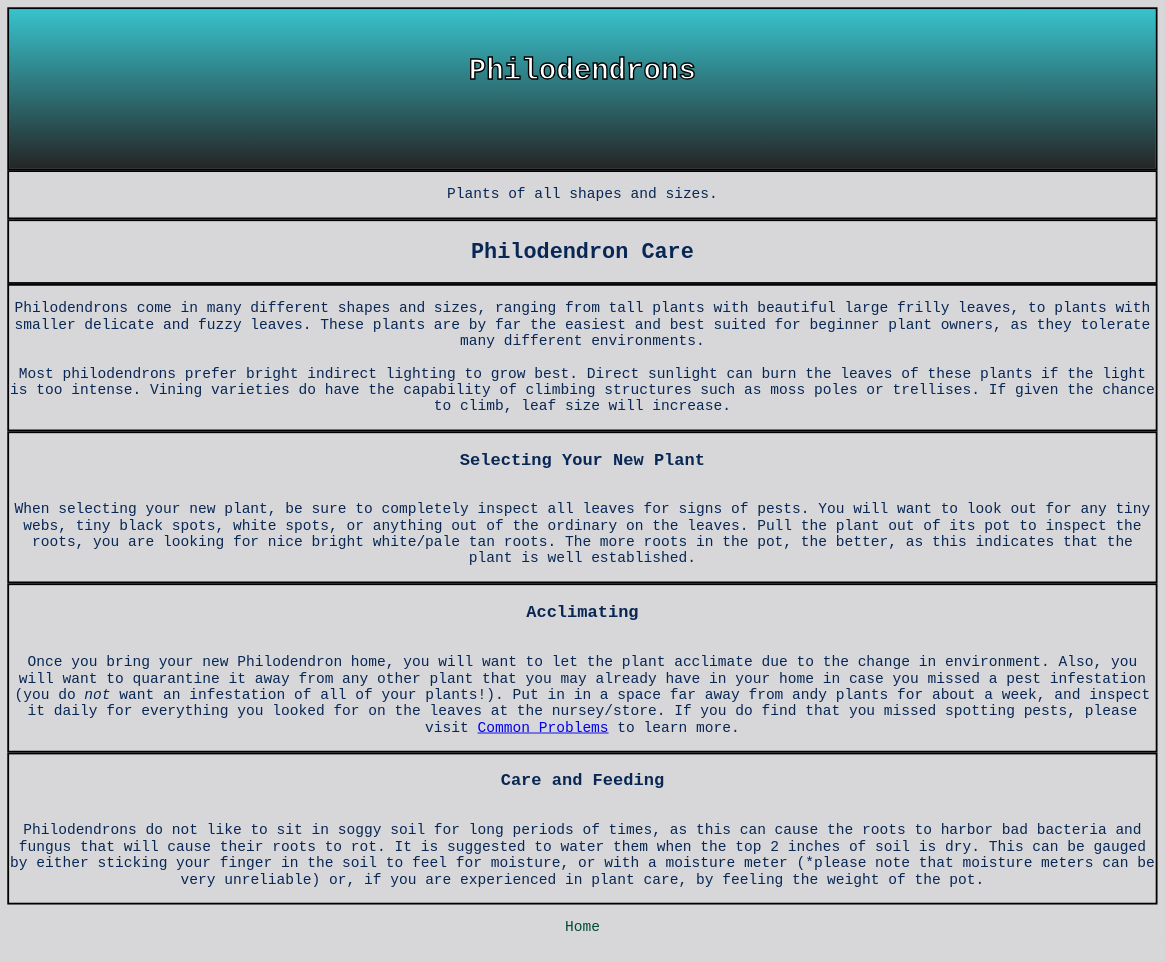
Repository: swillis91/odin-recipies
Page: Planty Page/philodendrons.html
The author's editor kept a copy of each file at every save. The page is drawn from the files as they stood at one save, then again after the next save.
The browser window is 1280 px wide. The pictures show the whole page, at 91% of full size.

Above is the page before, as saved 2023-08-14 23:52:32.

### Planty Page/philodendrons.html
<!DOCTYPE html>
    <html>
        <head>
            <title>Calatheas</title>
            <link href="style.css" rel="stylesheet"
        </head>
        <body>
            <div class="Header">
            <h1 class="heading">Philodendrons</h1>
            </div>
            <div class="box">
              <p>Plants of all shapes and sizes.</p>
            </div>
            <div class="box">
            <h2 class="species">Philodendron Care</h2>
            </div>
            <div class="box">
                <p class="care">Philodendrons come in many different shapes and sizes, ranging from tall plants with beautiful large frilly leaves, to plants with smaller delicate and fuzzy leaves. These plants are by far the easiest and best suited for beginner plant owners, as they tolerate many different environments.
                <br>
                <br>
                Most philodendrons prefer bright indirect lighting to grow best. Direct sunlight can burn the leaves of these plants if the light is too intense. Vining varieties do have the capability of climbing structures such as moss poles or trellises. If given the chance to climb, leaf size will increase.</p>
            </div>
            <div class="box">
                <h3>Selecting Your New Plant</h3>
                <p>When selecting your new plant, be sure to completely inspect all leaves for signs of pests. You will want to look out for any tiny webs, tiny black spots, white spots, or anything out of the ordinary on the leaves. Pull the plant out of its pot to inspect the roots, you are looking for nice bright white/pale tan roots. The more roots in the pot, the better, as this indicates that the plant is well established.</p>
            </div>
            <div class="box">
                <h3>Acclimating</h3>
                <p>Once you bring your new Philodendron home, you will want to let the plant acclimate due to the change in environment. Also, you will want to quarantine it away from any other plant that you may already have in your home in case you missed a pest infestation (you do <em>not</em> want an infestation of all of your plants!). Put in in a space far away from andy plants for about a week, and inspect it daily for everything you looked for on the leaves at the nursey/store. If you do find that you missed spotting pests, please visit <a href='./problems'>Common Problems</a> to learn more.</p>
            </div>
            <div class="box">
                <h3>Care and Feeding</h3>
                    <p>Philodendrons do not like to sit in soggy soil for long periods of times, as this can cause the roots to harbor bad bacteria and fungus that will cause their roots to rot. It is suggested to water them when the top 2 inches of soil is dry. This can be gauged by either sticking your finger in the soil to feel for moisture, or with a moisture meter (*please note that moisture meters can be very unreliable) or, if you are experienced in plant care, by feeling the weight of the pot.</p>
            </div>
              </p>
                <!--img src="./Images/makoyana.webp" id="calathea makoyana" width="700px"-->
            <footer>
                <nav>
                    <a href="./index.html" class="navigation">Home</a>

                </nav>
            </footer>
        </body>
    </html>

### Planty Page/style.css
body{
    background-color: rgb(215, 215, 217);
    color:rgb(8, 39, 85);
    text-align: center;
    font-family: 'Permanent Marker', cursive;
    font-family: 'Space Mono', monospace;
}

.heading{
    color: rgb(0, 0, 0);
    -webkit-text-fill-color: rgb(255, 255, 255);
    -webkit-text-stroke-width: 1.5px;
    -webkit-text-stroke-color: rgb(0, 0, 0);
    text-transform: capitalize;
    border: 2px solid rgb(0, 3, 3);
    background-image: linear-gradient(rgba(15, 189, 201, 0.795), rgba(0, 0, 0, 0.827));
    height: 75px;
    margin: 0 auto;
    padding:50px 20px;

}

div.box{
    border:2px solid black;
    display: flex;
    margin-left: auto;
    flex-direction:column;
    align-content: center;
}

#calathea-makoyana{
    width: 500px;
    Height: auto:
}

.navigation{
    color:rgb(1, 75, 56);
    text-decoration: none;
}

a:hover{
    color: rgb(20, 220, 2);
    background-color: rgb(5, 55, 1);
}

After the next save:
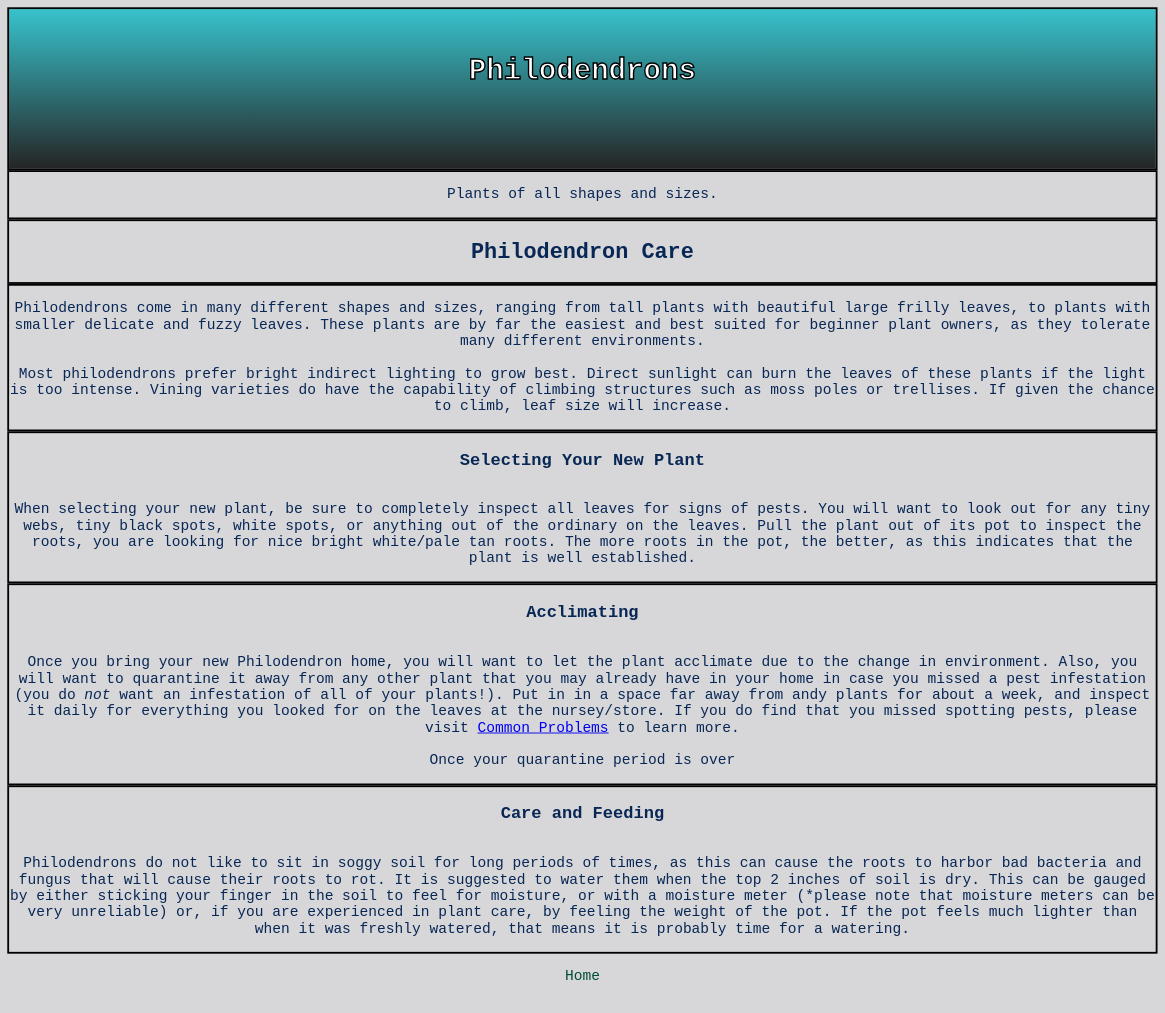
Saved 63 s later.
--- a/Planty Page/philodendrons.html
+++ b/Planty Page/philodendrons.html
@@ -26,11 +26,13 @@
             </div>
             <div class="box">
                 <h3>Acclimating</h3>
-                <p>Once you bring your new Philodendron home, you will want to let the plant acclimate due to the change in environment. Also, you will want to quarantine it away from any other plant that you may already have in your home in case you missed a pest infestation (you do <em>not</em> want an infestation of all of your plants!). Put in in a space far away from andy plants for about a week, and inspect it daily for everything you looked for on the leaves at the nursey/store. If you do find that you missed spotting pests, please visit <a href='./problems'>Common Problems</a> to learn more.</p>
+                <p>Once you bring your new Philodendron home, you will want to let the plant acclimate due to the change in environment. Also, you will want to quarantine it away from any other plant that you may already have in your home in case you missed a pest infestation (you do <em>not</em> want an infestation of all of your plants!). Put in in a space far away from andy plants for about a week, and inspect it daily for everything you looked for on the leaves at the nursey/store. If you do find that you missed spotting pests, please visit <a href='./problems'>Common Problems</a> to learn more.
+                <br><br>
+                Once your quarantine period is over</p>
             </div>
             <div class="box">
                 <h3>Care and Feeding</h3>
-                    <p>Philodendrons do not like to sit in soggy soil for long periods of times, as this can cause the roots to harbor bad bacteria and fungus that will cause their roots to rot. It is suggested to water them when the top 2 inches of soil is dry. This can be gauged by either sticking your finger in the soil to feel for moisture, or with a moisture meter (*please note that moisture meters can be very unreliable) or, if you are experienced in plant care, by feeling the weight of the pot.</p>
+                    <p>Philodendrons do not like to sit in soggy soil for long periods of times, as this can cause the roots to harbor bad bacteria and fungus that will cause their roots to rot. It is suggested to water them when the top 2 inches of soil is dry. This can be gauged by either sticking your finger in the soil to feel for moisture, or with a moisture meter (*please note that moisture meters can be very unreliable) or, if you are experienced in plant care, by feeling the weight of the pot. If the pot feels much lighter than when it was freshly watered, that means it is probably time for a watering.</p>
             </div>
               </p>
                 <!--img src="./Images/makoyana.webp" id="calathea makoyana" width="700px"-->
